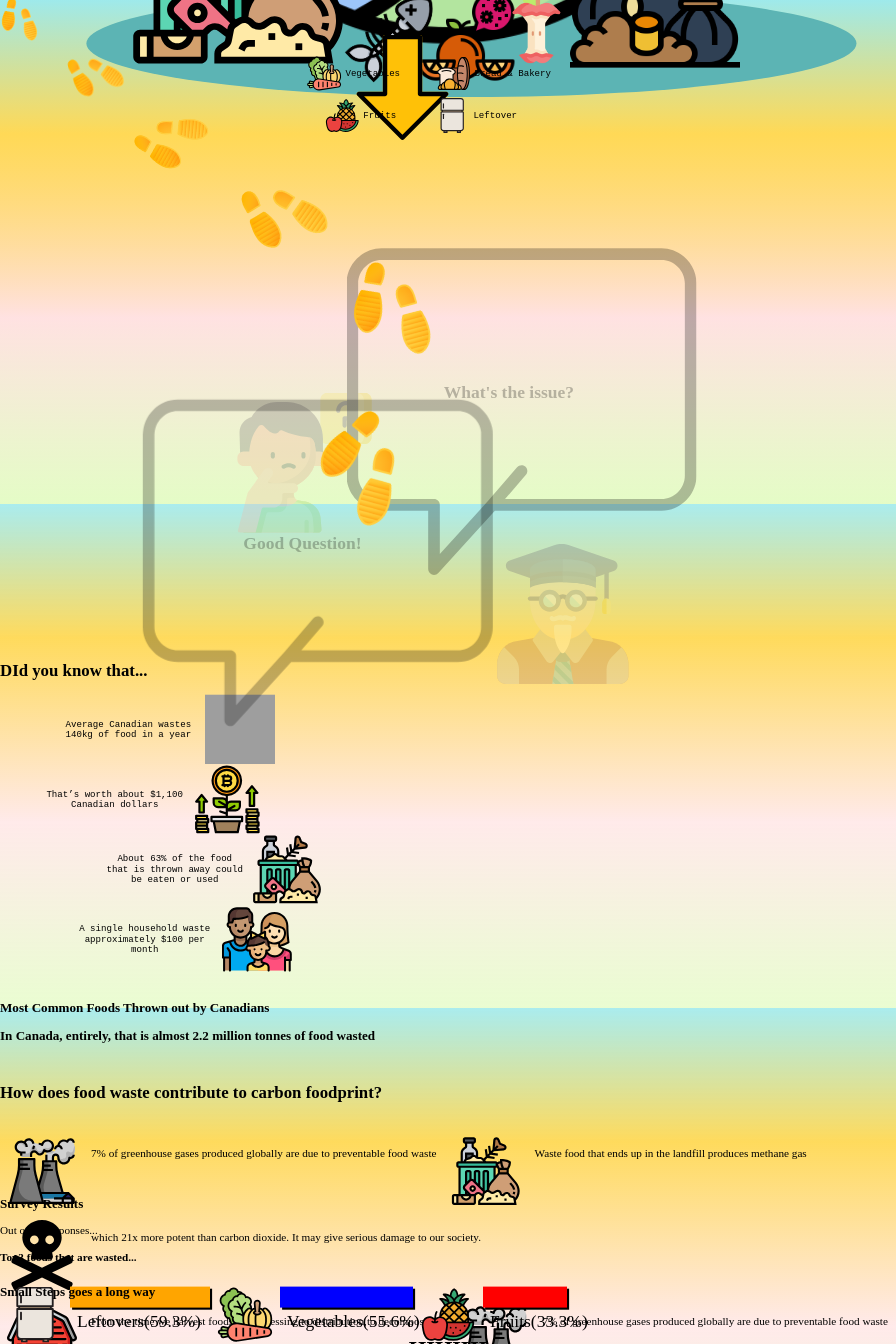
Repository: iorid3/Midterm
Page: index.html
The author's editor kept a copy of each file at every save. The page is drawn from the files as they stood at one save, then again after a run of saves.
The browser window is 1280 px wide. The pictures show the part of the page from y = 0 to 1920 px (the page is 3410 px tall before and 3587 px after), at 70% of full size.
Pictures or frames that could not be fetched are drawn as grey boxes.

Above is the page before, as saved 2021-03-09 11:11:48.

After the next 2 saves:
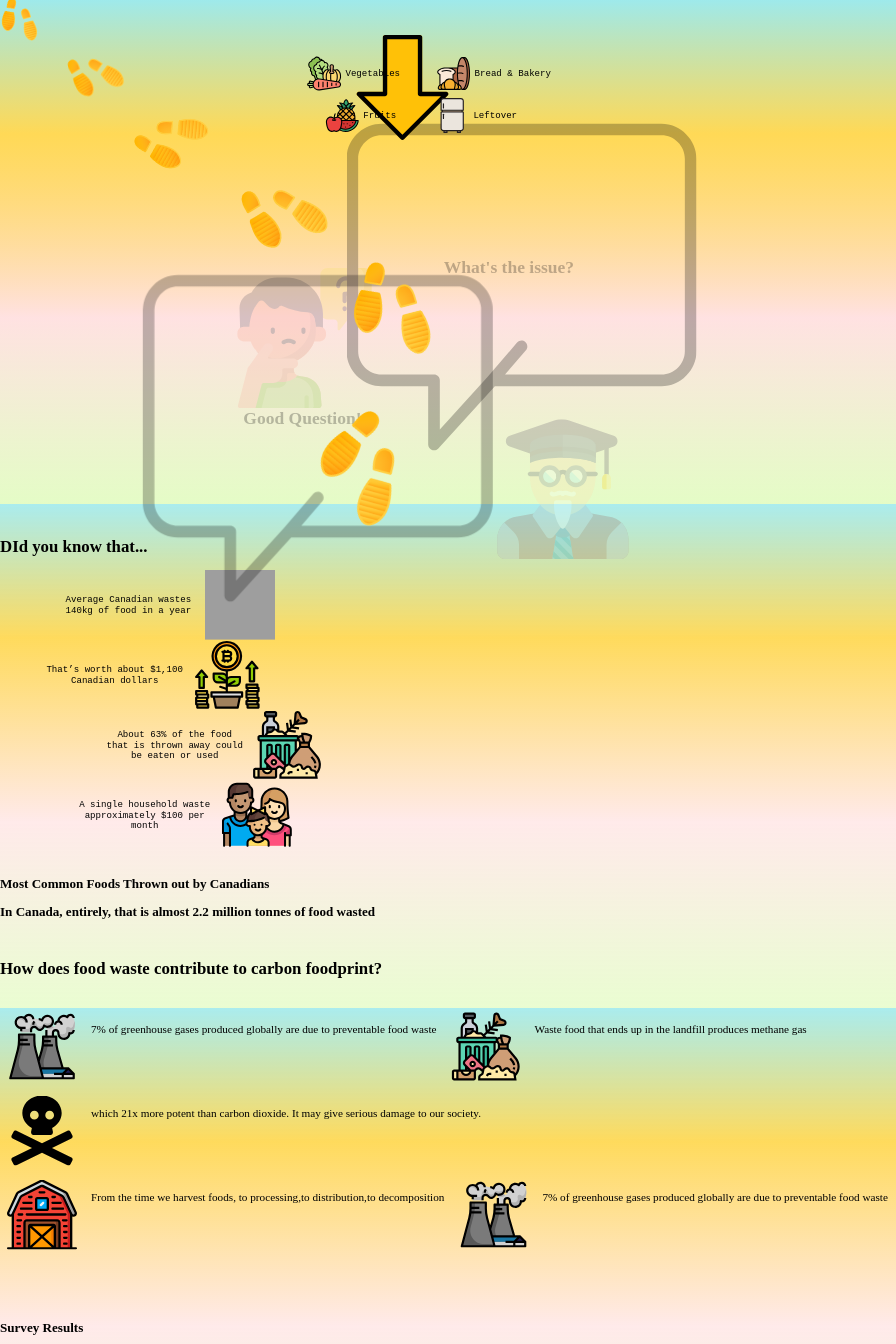
The 2 saves are shown as one change because they came seconds apart.
The last was saved 8 s later.
--- a/index.css
+++ b/index.css
@@ -24,7 +24,6 @@ html,body{
 
 .section3{
     width: 100%;
-    height:20%;
     flex-grow:1;
 }
 
